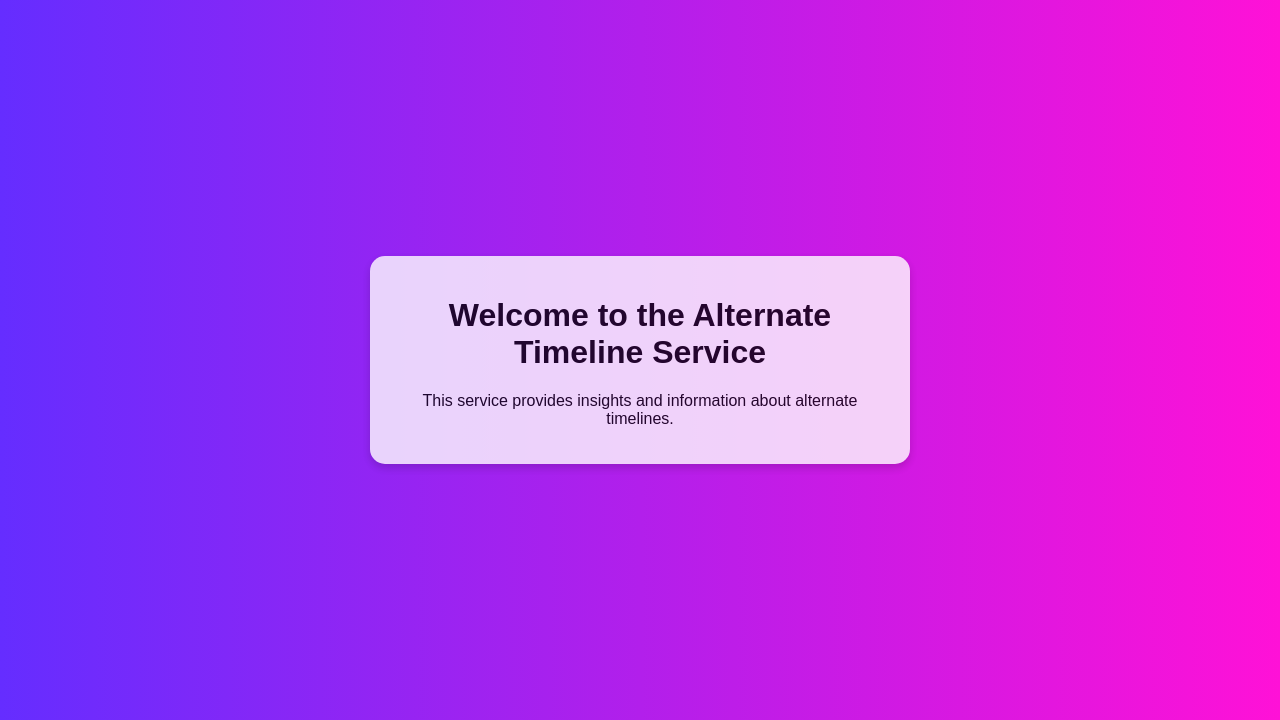
Repository: JovKun/DecisionCraft
Page: service/index.html
An editor plug-in stored every save of this project. The page is shown before and after a run of saves, followed by the edit.
The browser window is 1280 px wide. The pictures show the whole page.

Above is the page before, as saved 2026-01-31 12:45:40.
Not found: service/script.js

### service/index.html
<!DOCTYPE html>
<html lang="en">
<head>
    <meta charset="UTF-8">
    <meta name="viewport" content="width=device-width, initial-scale=1.0">
    <title>Alternate Timeline</title>
    <link rel="stylesheet" href="style.css">
</head>
<body>
    <div id="timeline-container" class="container">
        <h1>Welcome to the Alternate Timeline Service</h1>
        <p>This service provides insights and information about alternate timelines.</p>
    </div>

    <script src="script.js"></script>
</body>
</html>

### service/style.css
/* style.css */
html {
    background: linear-gradient(to right, rgb(101, 45, 255), rgb(255, 17, 215));
    height: 100%;
    margin: 0;
    font-family: Arial, sans-serif;
}

body {
    display: flex;
    justify-content: center;
    align-items: center;
    height: 100vh;
    margin: 0;
}

.container {
    background-color: white;
    border-radius: 15px;
    box-shadow: 0 4px 8px rgba(0, 0, 0, 0.2);
    padding: 20px;
    text-align: center;
    width: 500px;
    opacity: 0.8;
}

After the next 6 saves:
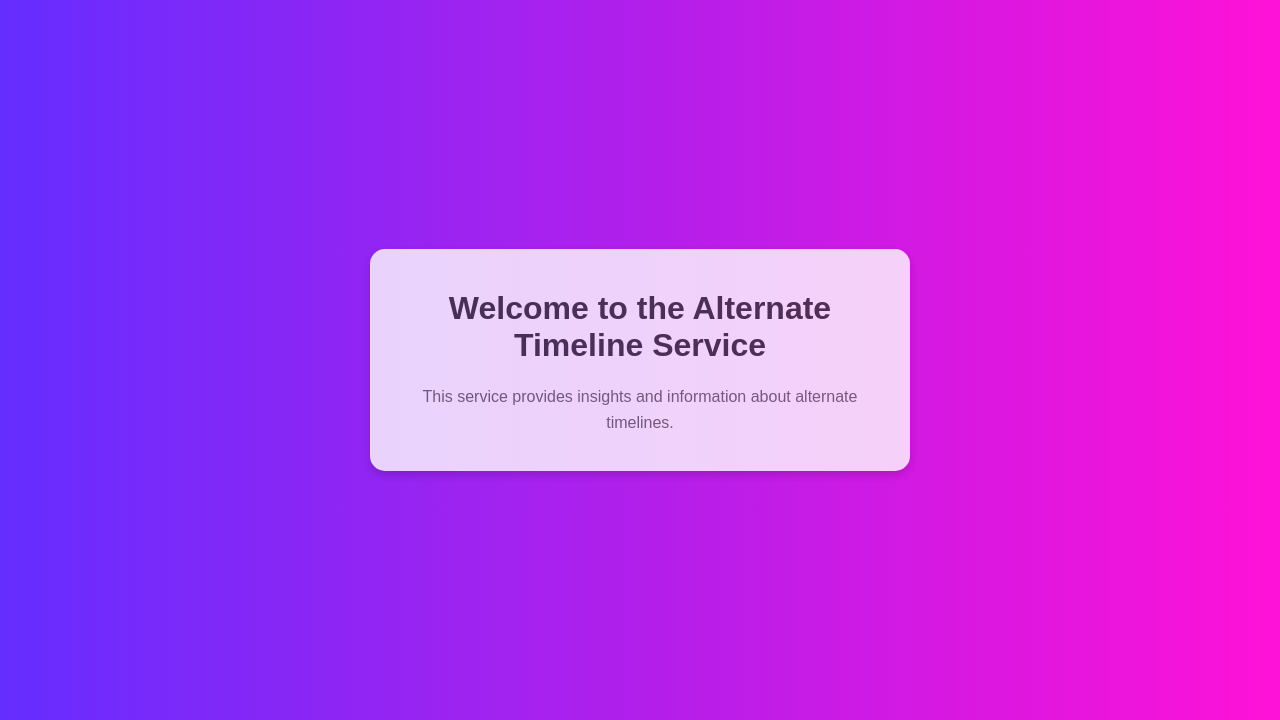
The 6 saves are shown as one change because they came seconds apart.
The last was saved 13 s later.
--- a/service/style.css
+++ b/service/style.css
@@ -23,3 +23,13 @@ body {
     width: 500px;
     opacity: 0.8;
 }
+
+h1 {
+    color: #333;
+    margin-bottom: 20px;
+}
+
+p {
+    color: #666;
+    line-height: 1.6;
+}
